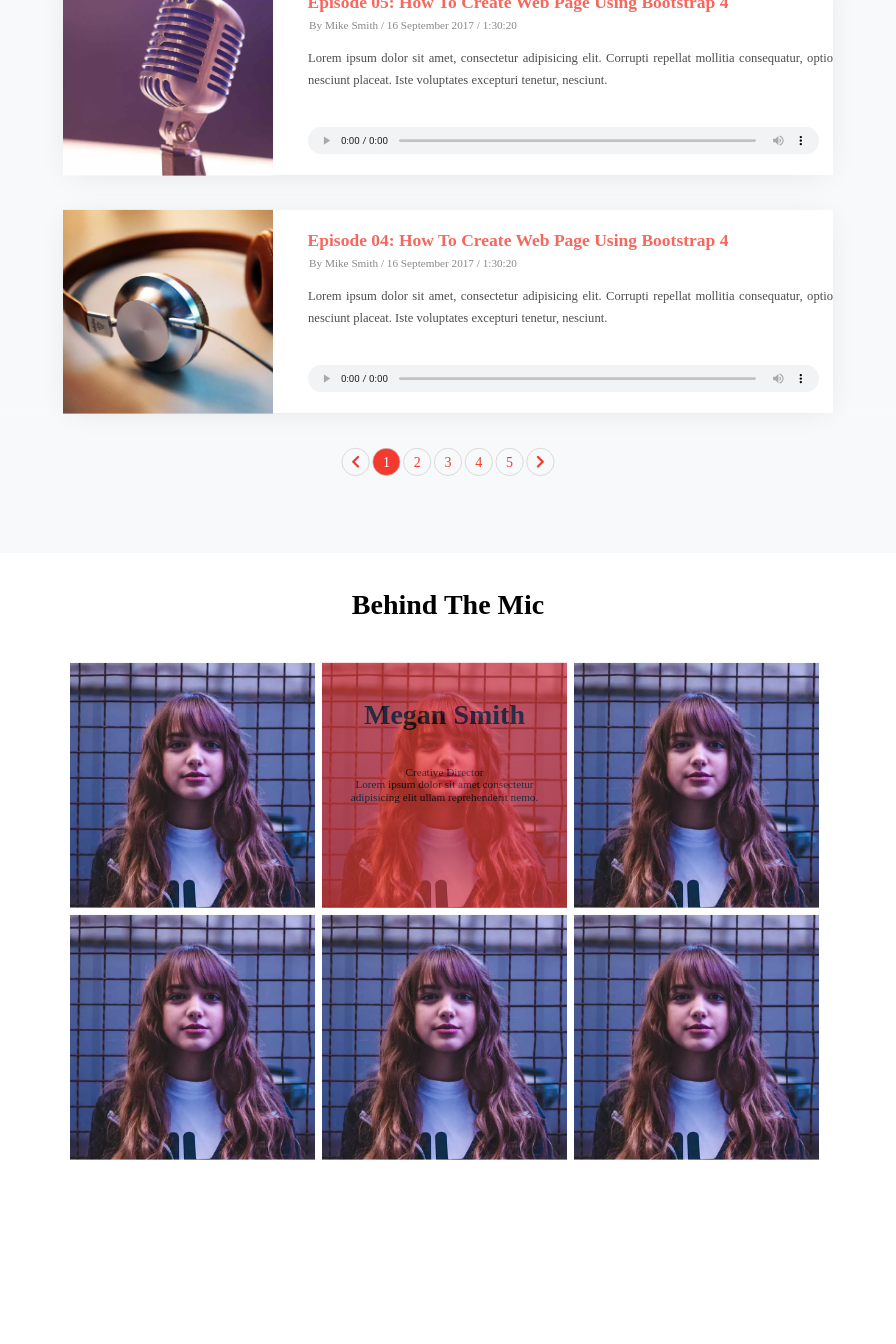
Repository: nhutduy0803/template2
Page: index.html
These files come from the project's save history. The page is drawn as it stood at one moment and after the next save; the edit follows.
The browser window is 1280 px wide. The pictures show the part of the page from y = 2077 to 3997 px (the page is 3997 px tall), at 70% of full size.
The pointer rests on the first visible `.picture-behind img`.

Above is the page before, as saved 2021-12-09 14:48:27.

### index.html
<!DOCTYPE html>
<html lang="en">
  <head>
    <meta charset="UTF-8" />
    <meta http-equiv="X-UA-Compatible" content="IE=edge" />
    <meta name="viewport" content="width=device-width, initial-scale=1.0" />
    <link rel="stylesheet" href="./assets/css/style.css" />
    <link
      rel="stylesheet"
      href="./assets/css/font/fontawesome-free-5.15.4-web/css/all.min.css"
    />
    <title>Document</title>
  </head>
  <body>
    <script src="./main.js"></script>
    <div class="slider">
      <h2>Podca</h2>
      <img
        src="./assets/css/img/xhero_bg_1.jpg.pagespeed.ic.EJCcE-mhd6.webp"
        alt=""
      />
      <h3>Episode 09: How To Create Web Page Using Bootstrap 4</h3>
      <span>By Mike Smith | 16 September 2017 | 1:30:20</span>
      <div class="subslider">READ THE TRANSCRIPT</div>
      <div class="menu" onclick="openmenu()">
        <i class="fas fa-bars"></i>
      </div>
      <div class="sub-menu">
        <i class="fas fa-times" onclick="closemenu()"></i>
        <div class="home-menu">
          <p>Home</p>
          <i onclick="subhome()" class="fas fa-caret-down"></i>

          <div class="sub-home">
            <li>Menu One</li>
            <li>Menu Two</li>
            <li>Menu Three</li>
            <li>Sub Menu</li>
          </div>
          <div class="drop-down">
            <p>DropDown</p>
            <i onclick="subdropdown() " class="fas fa-caret-down"></i>
            <div class="sub-dropdown">
              <li>Menu One</li>
              <li>Menu two</li>
              <li>Menu three</li>
            </div>
          </div>

          <p>About</p>
          <p>Contact</p>
        </div>
      </div>
    </div>
    <div class="audio">
      <audio class="audio-one" controls>
        <source src="" type="audio/ogg" />
        <source src="" type="audio/mpeg" />
      </audio>
    </div>
    <div class="RecentPodcasts">
      <h2>Recent Podcasts</h2>
      <div class="container">
        <div class="img-pod">
          <img src="./assets/css/img/pod1.webp" alt="" />
        </div>
        <div class="content-pod">
          <h3>Episode 08: How To Create Web Page Using Bootstrap 4</h3>
          <span>By Mike Smith / 16 September 2017 / 1:30:20</span>
          <p>
            Lorem ipsum dolor sit amet, consectetur adipisicing elit. Corrupti
            repellat mollitia consequatur, optio nesciunt placeat. Iste
            voluptates excepturi tenetur, nesciunt.
          </p>
          <audio class="audiopod" controls>
            <source src="" type="audio/mpeg" />
          </audio>
        </div>
      </div>
      <div class="container">
        <div class="img-pod">
          <img src="./assets/css/img/pod2.webp" alt="" />
        </div>
        <div class="content-pod">
          <h3>Episode 07: How To Create Web Page Using Bootstrap 4</h3>
          <span>By Mike Smith / 16 September 2017 / 1:30:20</span>
          <p>
            Lorem ipsum dolor sit amet, consectetur adipisicing elit. Corrupti
            repellat mollitia consequatur, optio nesciunt placeat. Iste
            voluptates excepturi tenetur, nesciunt.
          </p>
          <audio class="audiopod" controls>
            <source src="" type="audio/mpeg" />
          </audio>
        </div>
      </div>
      <div class="container">
        <div class="img-pod">
          <img src="./assets/css/img/pod3.webp" alt="" />
        </div>
        <div class="content-pod">
          <h3>Episode 06: How To Create Web Page Using Bootstrap 4</h3>
          <span>By Mike Smith / 16 September 2017 / 1:30:20</span>
          <p>
            Lorem ipsum dolor sit amet, consectetur adipisicing elit. Corrupti
            repellat mollitia consequatur, optio nesciunt placeat. Iste
            voluptates excepturi tenetur, nesciunt.
          </p>
          <audio class="audiopod" controls>
            <source src="" type="audio/mpeg" />
          </audio>
        </div>
      </div>
      <div class="container">
        <div class="img-pod">
          <img src="./assets/css/img/pod4.webp" alt="" />
        </div>
        <div class="content-pod">
          <h3>Episode 05: How To Create Web Page Using Bootstrap 4</h3>
          <span>By Mike Smith / 16 September 2017 / 1:30:20</span>
          <p>
            Lorem ipsum dolor sit amet, consectetur adipisicing elit. Corrupti
            repellat mollitia consequatur, optio nesciunt placeat. Iste
            voluptates excepturi tenetur, nesciunt.
          </p>
          <audio class="audiopod" controls>
            <source src="" type="audio/mpeg" />
          </audio>
        </div>
      </div>
      <div class="container">
        <div class="img-pod">
          <img src="./assets/css/img/pod5.webp" alt="" />
        </div>
        <div class="content-pod">
          <h3>Episode 04: How To Create Web Page Using Bootstrap 4</h3>
          <span>By Mike Smith / 16 September 2017 / 1:30:20</span>
          <p>
            Lorem ipsum dolor sit amet, consectetur adipisicing elit. Corrupti
            repellat mollitia consequatur, optio nesciunt placeat. Iste
            voluptates excepturi tenetur, nesciunt.
          </p>
          <audio class="audiopod" controls>
            <source src="" type="audio/mpeg" />
          </audio>
        </div>
      </div>
    </div>
    <div class="list-pod">
      <li><i class="fas fa-chevron-left"></i></li>
      <li>1</li>
      <li>2</li>
      <li>3</li>
      <li>4</li>
      <li>5</li>
      <li><i class="fas fa-chevron-right"></i></li>
    </div>
    <div class="BehindTheMic">
      <h2>Behind The Mic</h2>
      <div class="container-behind">
        <div class="picture-behind">
          <img src="./assets/css/img/behind1.webp" alt="" />
        </div>
        <div class="content-behind">
          <h2>Megan Smith</h2>
          <span>Creative Director</span>
          <p>
            Lorem ipsum dolor sit amet consectetur adipisicing elit ullam
            reprehenderit nemo.
          </p>
          <div class="icon-behind">
            <i class="fab fa-facebook-square"></i>
          </div>
        </div>

        <div class="picture-behind">
          <img src="./assets/css/img/behind1.webp" alt="" />
        </div>
        <div class="content-behind2">
          <h2>Megan Smith</h2>
          <span>Creative Director</span>
          <p>
            Lorem ipsum dolor sit amet consectetur adipisicing elit ullam
            reprehenderit nemo.
          </p>
          <div class="icon-behind"></div>
        </div>
        <div class="picture-behind">
          <img src="./assets/css/img/behind1.webp" alt="" />
        </div>
        <div class="picture-behind">
          <img src="./assets/css/img/behind1.webp" alt="" />
        </div>
        <div class="picture-behind">
          <img src="./assets/css/img/behind1.webp" alt="" />
        </div>
        <div class="picture-behind">
          <img src="./assets/css/img/behind1.webp" alt="" />
        </div>
      </div>
      <!-- <div class="container-behind">
        <div class="picture-behind">
          <img src="./assets/css/img/behind1.webp" alt="" />
        </div>
      </div>
      <div class="container-behind">
        <div class="picture-behind">
          <img src="./assets/css/img/behind1.webp" alt="" />
        </div>
      </div>
      <div class="container-behind">
        <div class="picture-behind">
          <img src="./assets/css/img/behind1.webp" alt="" />
        </div>
      </div>
      <div class="container-behind">
        <div class="picture-behind">
          <img src="./assets/css/img/behind1.webp" alt="" />
        </div>
      </div>
      <div class="container-behind">
        <div class="picture-behind">
          <img src="./assets/css/img/behind1.webp" alt="" />
        </div>
      </div> -->
    </div>
  </body>
</html>

### assets/css/style.css
* {
  margin: 0;
  padding: 0;
  box-sizing: border-box;
}

.slider {
  width: 100%;
  height: 100vh;
  position: relative;
}

.slider::before {
  content: " ";
  position: absolute;
  top: 0;
  left: 0;
  right: 0;
  bottom: 0;
  background-color: rgba(0, 0, 0, 0.4);
}

.slider img {
  width: 100%;
  height: 100%;
}

.slider h2 {
  position: absolute;
  top: 50px;
  left: 50px;
  color: #fff;
  font-size: 40px;
}
.menu {
  position: absolute;
  right: 50px;
  top: 50px;
  font-size: 30px;
  color: #fff;
}

.slider h3 {
  text-align: center;
  position: absolute;
  transform: translate(-50%);
  top: 30%;
  left: 50%;
  color: #fff;
  font-size: 40px;
  line-height: 1.6;
  font-size: 50px;
}

.slider span {
  position: absolute;
  top: 58%;
  left: 50%;
  transform: translate(-50%);
  color: #ffffff80;
}

.subslider {
  width: 250px;
  background-color: #f23a2e;
  display: flex;
  justify-content: center;
  align-items: center;
  color: #fff;
  font-size: 15px;
  letter-spacing: 2px;
  height: 60px;
  position: absolute;
  top: 65%;
  left: 50%;
  transform: translate(-50%);
  transition: 0.3s;
  border-radius: 5px;
}

.subslider:hover {
  position: absolute;
  top: 64%;
  box-shadow: 0 5px 20px -7px rgba(0, 0, 0, 0.9);
  transition: 0.3s;
}

.sub-menu {
  width: 300px;
  background-color: #fff;
  position: absolute;
  right: -300px;
  top: 0;
  height: 100vh;
  position: fixed;
  transition: 0.3s;
  box-shadow: 0 0 10px rgba(0, 0, 0, 0.4);
}

.sub-menu.openmenu {
  transition: 0.3s;
  right: 0;
}

.sub-menu .fas {
  position: absolute;
  font-size: 25px;
  right: 15px;
  top: 15px;
  transition: 0.2s;
}

.sub-menu .fas:hover {
  transition: 0.2s;
  color: rgb(104, 103, 103);
}

.home-menu {
  margin-top: 100px;
  font-size: 20px;
  margin-left: 15%;
}

.home-menu p {
  margin-bottom: 30px;
  color: #212529;
  transition: 0.3s;
}

.home-menu p:nth-child(2) {
  width: 100%;
  background-color: #fff;
  height: 200px;
}

.home-menu p:hover {
  transition: 0.3s;
  color: #f00;
}

.fa-caret-down {
  margin-top: 85px;
  margin-right: 20px;
}

.drop-down {
  position: relative;
}

.drop-down .fa-caret-down {
  position: absolute;
  top: -85px;
}
.sub-home {
  margin-top: -20px;
  width: 200px;
  height: 0px;
  background-color: #fff;
  visibility: hidden;
  transition: 0.5s;
  opacity: 0;
  margin-bottom: 20px;
}

.sub-home.opensubhome {
  height: 170px;
  visibility: inherit;
  transition: 0.5s;
  opacity: 1;
}

.sub-home li {
  padding: 10px 0px;
  font-weight: 300;
  margin-left: 30px;
  font-size: 17px;
  list-style-type: none;
  /* transition: 0.3s; */
}

.sub-home li:hover {
  transition: 0.3s;
  color: #f00;
}

.sub-dropdown {
  margin-top: -20px;
  background-color: #fff;
  height: 0px;
  width: 200px;
  visibility: hidden;
  transition: 0.3s;
  opacity: 0;
  margin-bottom: 20px;
}

.sub-dropdown li {
  padding-top: 22.5px;
  margin-left: 30px;
  font-weight: 300;
  font-size: 17px;
  list-style-type: none;
  transition: 0.3s;
}

.sub-dropdown li:hover {
  transition: 0.3s;
  color: #f00;
}

.sub-dropdown.opensubdropdown {
  opacity: 1;
  visibility: inherit;
  transition: 0.3s;
  height: 150px;
}

.audio {
  display: flex;
  justify-content: center;
  align-items: center;
  width: 100%;
  background-color: #f8f9fa;
  height: 200px;
}

.audio-one {
  width: 750px;
  height: 40px;
}

.RecentPodcasts {
  background: #f8f9fa;
  height: auto;
  width: 100%;
  text-align: center;
}

.RecentPodcasts h2 {
  font-size: 40px;
  margin-bottom: 50px;
}

.container {
  width: 1100px;
  height: 290px;
  position: relative;
  margin: auto;
  box-shadow: 0 5px 40px -10px rgb(0 0 0 / 10%);
  margin-top: 50px;
}

.img-pod {
  position: absolute;
  top: 0;
  left: 0;
  height: 290px;
  width: 300px;
}

.img-pod img {
  width: 100%;
  height: 100%j;
}

.content-pod {
  padding-top: 30px;
  background: #fff;
  height: 100%;
}

.content-pod h3 {
  font-size: 25px;
  margin-left: 200px;
  color: #f23b2ec4;
  margin-bottom: 10px;
}

.content-pod span {
  margin-left: -100px;
  color: #888;
}

.content-pod p {
  line-height: 1.8;
  margin-top: 20px;
  text-align: justify;
  margin-left: 350px;
  font-size: 18px;
  color: #4d4d4d;
  font-weight: 300;
}

.audiopod {
  margin-top: 50px;
  width: 730px;
  height: 40px;
  margin-left: 330px;
}

.list-pod {
  background: #f8f9fa;
  height: 200px;
  width: 100%;
  text-align: center;
}

.list-pod li {
  padding-top: 7.5px;
  margin-top: 50px;
  list-style-type: none;
  border-radius: 50%;
  height: 40px;
  width: 40px;
  border: 1px solid #ccc;
  display: inline-block;
  color: #f23a2e;
  font-size: 20px;
}

.list-pod li:nth-child(2) {
  font-size: 20px;
  color: #fff;
  background: #f23a2e;
}

.BehindTheMic {
  width: 100%;
  height: 150vh;
  background: #fff;
  text-align: center;
}

.BehindTheMic h2 {
  margin-top: 50px;
  font-size: 40px;
  margin-bottom: 50px;
}

.container-behind {
  margin: auto;
  width: 1100px;
}

.picture-behind {
  margin-left: 10px;
  float: left;
  width: 350px;
  height: 350px;
  overflow: hidden;
  margin-top: 10px;
  position: relative;
}

.picture-behind img {
  width: 100%;
  height: 100%;
  transition: 0.3s;
  position: relative;
  z-index: 0;
}

/* .picture-behind::before {
  position: absolute;
  z-index: 2;
  opacity: 0.6;
  content: " ";
  background-color: #f23a2e;
  height: 350px;
  width: 350px;
} */

.content-behind:hover {
  transition: 0.5s;
  opacity: 0.6;
}

.content-behind {
  margin-top: 10px;
  margin-left: 10px;
  width: 350px;
  height: 350px;
  position: absolute;
  background-color: #f23a2e;
  /* opacity: 0.6; */
  opacity: 0;
  padding: 0 20px;
}

.content-behind2 {
  margin-top: 10px;
  margin-left: 370px;
  width: 350px;
  height: 350px;
  position: absolute;
  background-color: #f23a2e;
  opacity: 0.6;
  padding: 0 20px;
}

.content-behind h2 {
  color: #fff;
  font-size: 25px;
}
.content-behind span {
  position: absolute;
  top: 100px;
  left: 115px;
  color: #ddd;
  font-size: 17px;
}

.content-behind p {
  color: #fff;
  text-align: center;
  font-size: 17px;
}

### main.js
function openmenu() {
  var openmenu = document.querySelector(".sub-menu");
  openmenu.classList.add("openmenu");
}

function closemenu() {
  var openmenu = document.querySelector(".sub-menu");
  openmenu.classList.remove("openmenu");
}

function subhome() {
  var opensubhome = document.querySelector(".sub-home");
  opensubhome.classList.toggle("opensubhome");
}

function subdropdown() {
  var subdropdown = document.querySelector(".sub-dropdown");
  subdropdown.classList.toggle("opensubdropdown");
}

Loaded but not shown: assets/css/font/fontawesome-free-5.15.4-web/css/all.min.css (library)

After the next save:
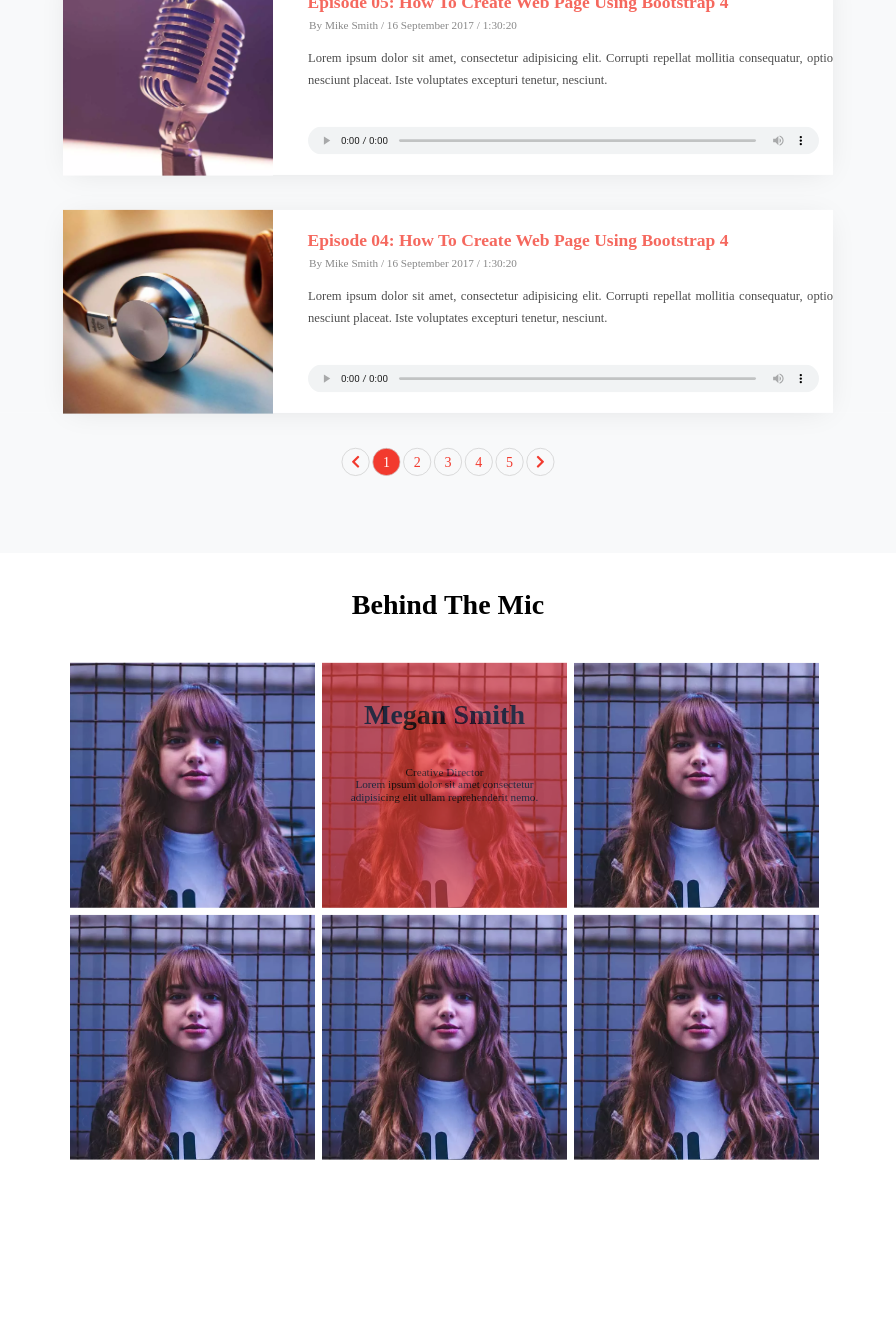
Saved 15 s later.
--- a/assets/css/style.css
+++ b/assets/css/style.css
@@ -360,6 +360,10 @@
   z-index: 0;
 }
 
+.picture-behind img:hover {
+  transform: scale(1.1);
+}
+
 /* .picture-behind::before {
   position: absolute;
   z-index: 2;

After the save that followed:
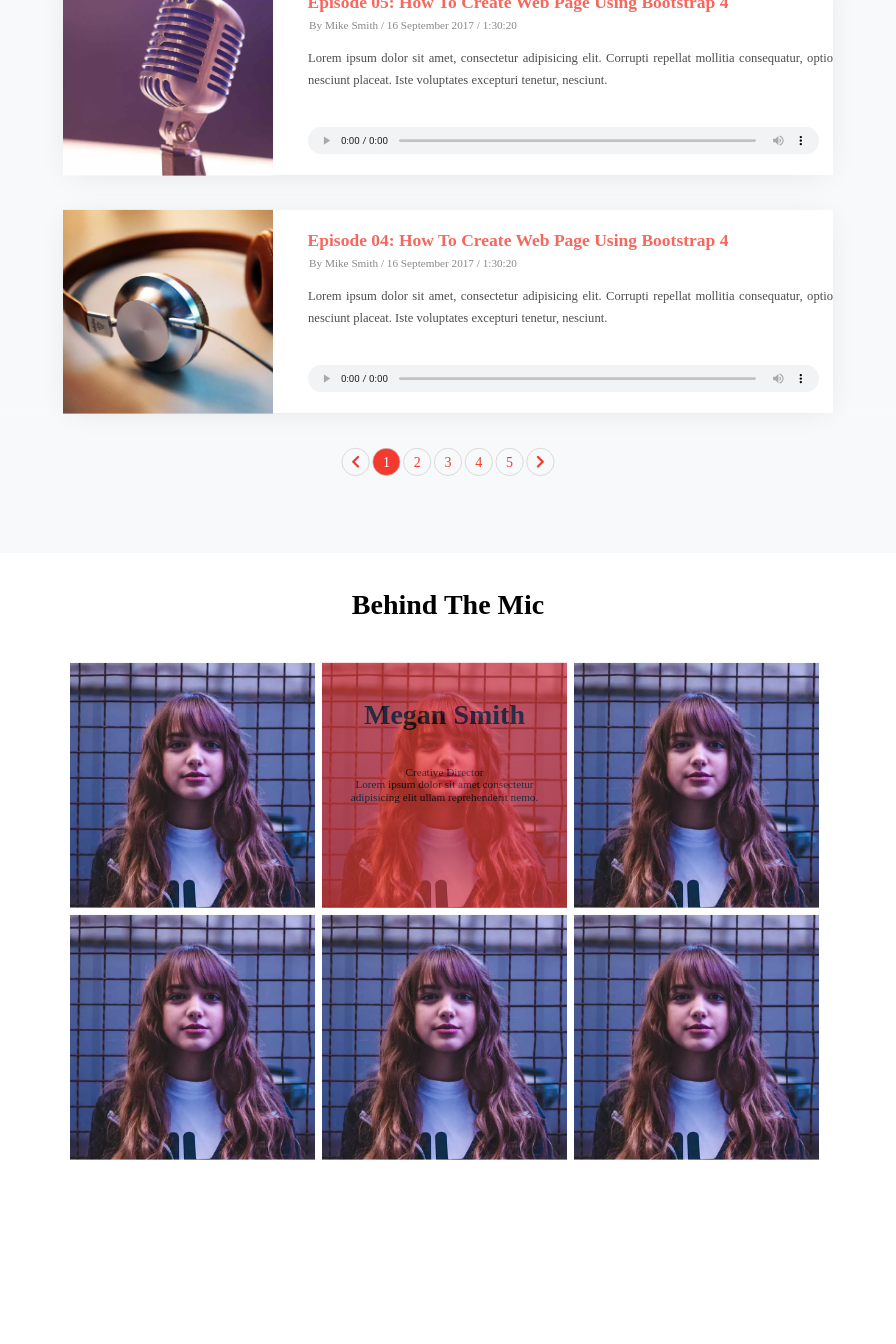
Saved 8 s later.
--- a/assets/css/style.css
+++ b/assets/css/style.css
@@ -360,10 +360,6 @@
   z-index: 0;
 }
 
-.picture-behind img:hover {
-  transform: scale(1.1);
-}
-
 /* .picture-behind::before {
   position: absolute;
   z-index: 2;
